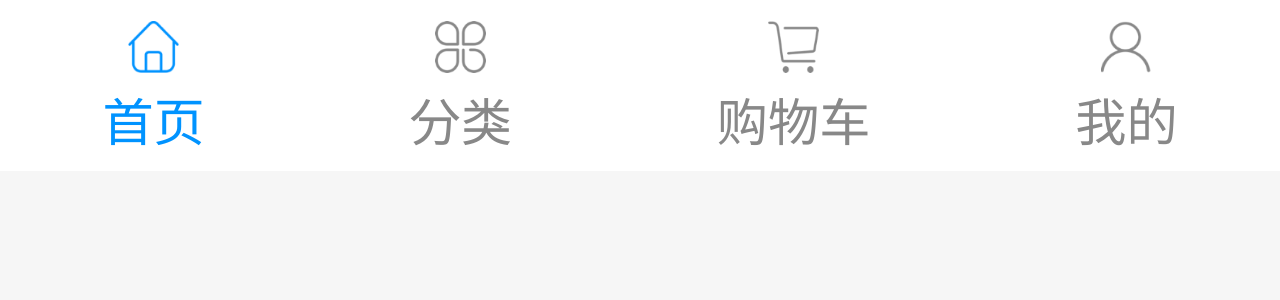
Repository: 421538074/sell
Page: consumer/home.html
An editor plug-in stored every save of this project. The page is shown before and after the next save, followed by the edit.
The browser window is 1280 px wide. The pictures show the whole page.

Above is the page before, as saved 2019-05-31 16:12:30.

After the next save:
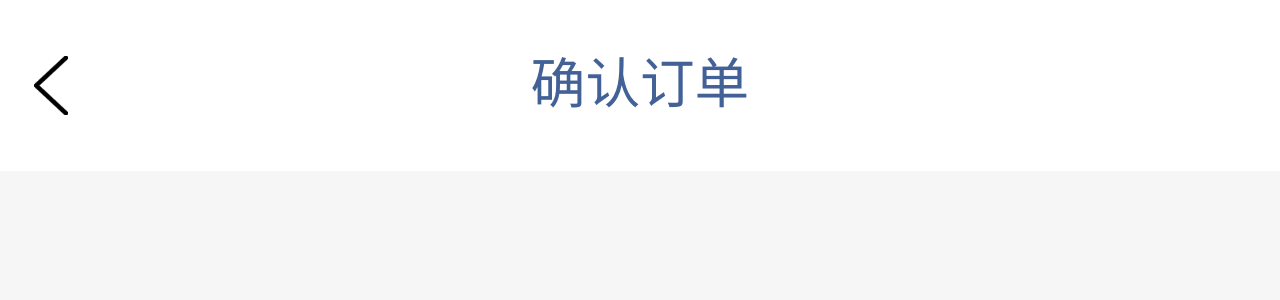
Saved 81 s later.
--- a/consumer/home.html
+++ b/consumer/home.html
@@ -13,6 +13,10 @@
 
 <body>
     <div id="app" class="content">
+        <nav @click="back" class="nav-bar-wrapper">
+            <img src="../img/back.png" class="back-icon">
+            <p class="nav-bar-title">确认订单</p>
+        </nav>
         <nav class="tool-bar-wrapper">
             <a href="javascript:;" class="nav-item active">
                 <img src="../img/home-active.png" class="nav-item-icon">
